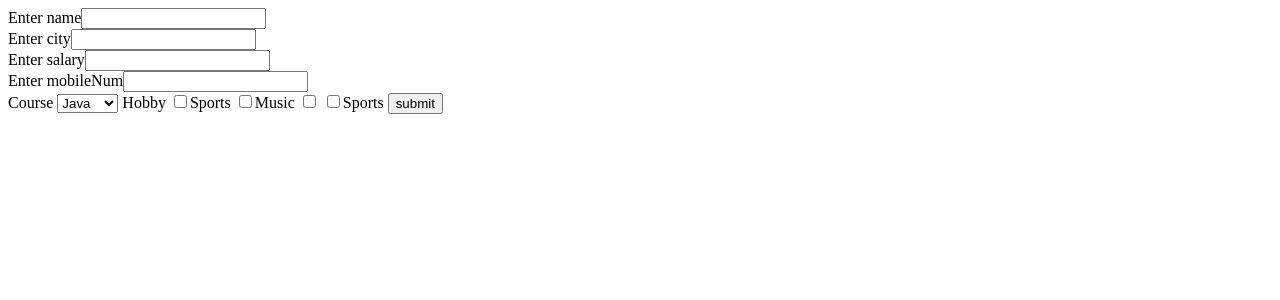
Repository: Kavya-C1/javafulltraning
Page: http://localhost/BasicJspDemo/
The author's editor kept a copy of each file at every save. The page is drawn from the files as they stood at one save, then again after the next save.
The browser window is 1280 px wide. The pictures show the whole page.
The page is served by Tomcat 9.

Above is the page before, as saved 2024-03-13 07:04:34.

After the next save:
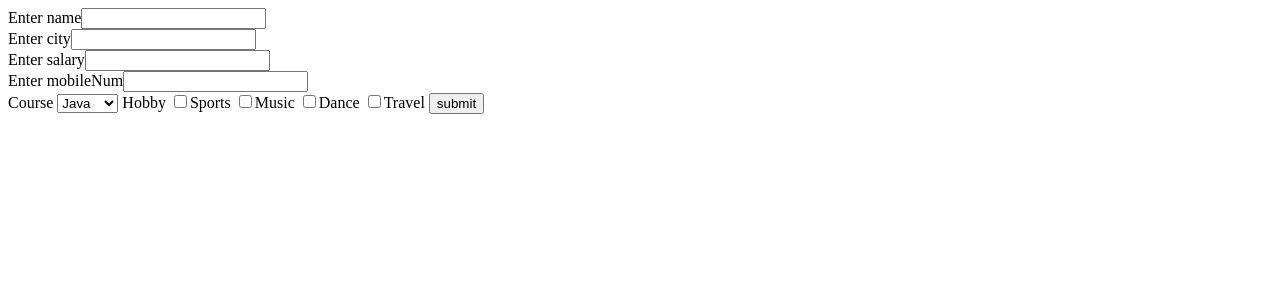
Saved 10 s later.
--- a/Javademos/BasicJspDemo/src/main/webapp/index.jsp
+++ b/Javademos/BasicJspDemo/src/main/webapp/index.jsp
@@ -22,8 +22,8 @@ Course <select name="course">
 Hobby
 <input type="checkbox" name="hobbies">Sports
 <input type="checkbox" name="hobbies">Music
-<input type="checkbox" name="hobbies">
-<input type="checkbox" name="hobbies">Sports
+<input type="checkbox" name="hobbies">Dance
+<input type="checkbox" name="hobbies">Travel
 
 <input type="submit" value="submit">
 </form>
